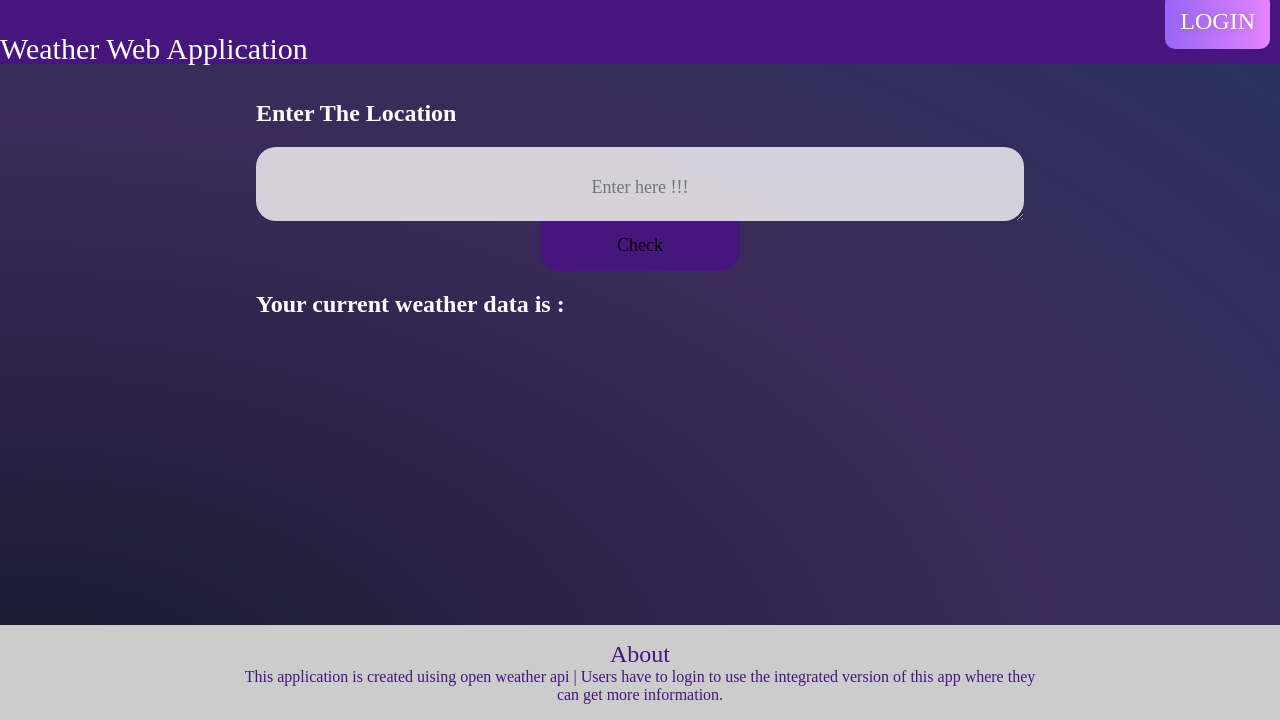
Repository: Irfan-vit/openapi
Page: index.html
The author's editor kept a copy of each file at every save. The page is drawn from the files as they stood at one save, then again after the next save.
The browser window is 1280 px wide. The pictures show the whole page.

Above is the page before, as saved 2021-05-29 00:16:22.

### index.html
<!DOCTYPE html>
<html lang="en">

<head>
    <meta charset="UTF-8">
    <meta http-equiv="X-UA-Compatible" content="IE=edge">
    <meta name="viewport" content="width=device-width, initial-scale=1.0">
    <title>Api</title>
    <link rel="stylesheet" href="style.css">
</head>

<body>


    <div class="nav">
        <input type="checkbox" id="nav-check" />
        <div class="nav-header">
            <div class="nav-title">
                Weather Web Application
            </div>
        </div>
        <div class="nav-btn">
            <label for="nav-check">
                <span></span>
                <span></span>
                <span></span>
            </label>
        </div>

        <div class="nav-links">
            <div class="container">
                <a href="https://weather-projection.netlify.app/" class="btn btn-1"
                    style="text-decoration:none">Login</a>
            </div>
        </div>
    </div>

    <main>

        <h2>Enter The Location</h2>

        <textarea name="" id="txt-input" class="t-area" placeholder="Enter here !!!"></textarea>

        <button id="btn-translate">
            Check
        </button>

        <div>
            <h2>Your current weather data is :</h2>
        </div>

        <div id="output" class="t-area">

        </div>

    </main>

    <footer>
        <div style="font-size: x-large;">About</div>
        <p>This application is created uising open weather api | Users have to login to use the integrated version of
            this app where they can get more information.</p>
    </footer>



    <script src="app.js" type="text/javascript"></script>
</body>

</html>

### style.css
/* @import url('https://fonts.googleapis.com/css2?family=Kalam&display=swap'); */

* {
    box-sizing: border-box;
}

:root {
    --primary: #46157E;
    --black: #333333;
    --width-break:800px
}

body {
    margin: 0;
    /* font-family: 'Kalam', cursive; */
    color: #333333;
      background: radial-gradient(
    ellipse at left bottom,
    rgba(22, 24, 47, 1) 0%,
    rgba(38, 20, 72, 0.9) 59%,
    rgba(17, 27, 75, 0.9) 100%
  );
    height: 100%;
    margin: 0;
    background-repeat: no-repeat;
    background-attachment: fixed;
    color: white;

}

nav {
    background-color: var(--primary);
    text-align: center;
}

main {
    margin: auto;
    padding: 1rem;
    max-width: var(--width-break);
}

textarea {
    display: block;
    width: 100%;
    min-height: 5vh;
    font-size: large;
    font-family: inherit;
    background-color: #ffffffc9;
    border:none;
    border-radius:20px;
    text-align: center;
    padding-top: 30px;;
}

textarea:hover {
    display: block;
    width: 100%;
    min-height: 5vh;
    font-size: large;
    font-family: inherit;
    background-color: #ffffff;
    border-radius:20px;
    border: none;
    text-align: center;
}

button {
    background-color: var(--primary);
    border: none;
    margin: 8rem 0rem;
    font-family: 'Kalam', cursive;
    font-size: large;
    cursor: pointer;
    height: 50px;
    width: 200px;
    border-bottom-left-radius:20px;
    border-bottom-right-radius:20px;
    margin:auto;
    display:block;

}


#output {
    box-sizing: border-box;
    width: 100%;
    min-height: 10vh;
    max-height: 20vh;
    /* border: 1px solid var(--black); */
}

footer {
    position: fixed;
    bottom: 0;
    width: 100%;
    padding: 1rem;
    background-color: #CCCCCC;
    text-align: center;
    color: #46157E;
    font-size:1rem;
}

footer p {
    max-width: var(--width-break);
    margin: auto;
}

.nav {
  height: 50px;
  width: 100%;
  background-color: #46157E;
  position: relative;
  padding:2rem 0rem;
}

.nav > .nav-header {
  display: inline;
}

.nav > .nav-header > .nav-title {
  display: inline-block;
  font-size: 30px;
  color: #fff;
}

.nav > .nav-btn {
  display: inline-block;
}

.nav > .nav-links {
  display: inline;
  float: right;
  font-size: 18px;
  margin:-1.5rem 0rem ;
}

.nav > .nav-links > a {
  display: inline-block;
  padding: 13px 10px 13px 10px;
  text-decoration: none;
  color: #efefef;
}

.nav > .nav-links > a:hover {
  background-color: rgba(0, 0, 0, 0.3);
}

.nav > #nav-check {
  display: none;
}

@media (max-width:600px) {
  .nav > .nav-btn {
    display: inline-block;
    position: absolute;
    right: 0px;
    top: 0px;
  }
  .nav > .nav-btn > label {
    display: inline-block;
    width: 50px;
    height: 50px;
    padding: 13px;
  }
  .nav > .nav-btn > label:hover,.nav  #nav-check:checked ~ .nav-btn > label {
    background-color: rgba(0, 0, 0, 0.3);
  }
  .nav > .nav-btn > label > span {
    display: block;
    width: 25px;
    height: 10px;
    border-top: 2px solid #eee;

  }
  .nav > .nav-links {
    position: absolute;
    display: block;
    width: 100%;
    background-color: #333;
    height: 0px;
    transition: all 0.3s ease-in;
    overflow-y: hidden;
    top: 50px;
    left: 0px;
    margin-top:0.4rem;
  }
  .nav > .nav-links > a {
    display: block;
    width: 100%;
  }
  .nav > #nav-check:not(:checked) ~ .nav-links {
    height: 0px;
  }
  .nav > #nav-check:checked ~ .nav-links {
    height: calc(100vh - 50px);
    overflow-y: auto;
  }
}

.btn {
  flex: 1 1 auto;
  margin: 10px;
  padding: 15px;
  text-align: center;
  text-transform: uppercase;
  transition: 0.5s;
  background-size: 200% auto;
  color: white;
 text-shadow: 0px 0px 10px rgba(0,0,0,0.2);
  /* box-shadow: 0 0 20px #eee; */
  border-radius: 10px;
  cursor: pointer;
  font-size: 1.5rem;
 }



.btn:hover {
  background-position: right center; /* change the direction of the change here */
}

.btn-1 {
  background-image: linear-gradient(to right, #9865f6 0%, #e585fd 51%, #cd65f6 100%);
}

### app.js
var btnTranslate = document.querySelector("#btn-translate");
var txtInput = document.querySelector("#txt-input");
var outputDiv = document.querySelector('#output')
var serverURL = "https://api.openweathermap.org/data/2.5/weather?q="
var key = "&appid=49257f6591cfc3ed8daf0b5970d519cb"

function getTranslationURL(text) {
    return serverURL + text + key
}

function errorHandler(error) {
    console.log("error occured", error)
    alert("something went wrong  :  " + error)
}

function clickHandler() {
    // outputDiv.innerText = "translated  " + txtInput.value + "  To : bababbababababababa ";

    var inputText = txtInput.value;

    fetch(getTranslationURL(inputText))
        .then(response => response.json())
        .then(json => {
            var translatedText = "Country : " + json['sys']['country'] + " | tempreature : " + json['main']['temp'] + " | weather : " +  json['weather'][0]['description'] + " | longitude : " + json['coord']['lon'] + " | latitude : " + json['coord']['lat'] + " | wind speed : " + json['wind']['speed'] + " | Wind direction, degrees : " + json['wind']['deg'];
            outputDiv.innerText = translatedText;
            })
    };


btnTranslate.addEventListener("click", clickHandler)

After the next save:
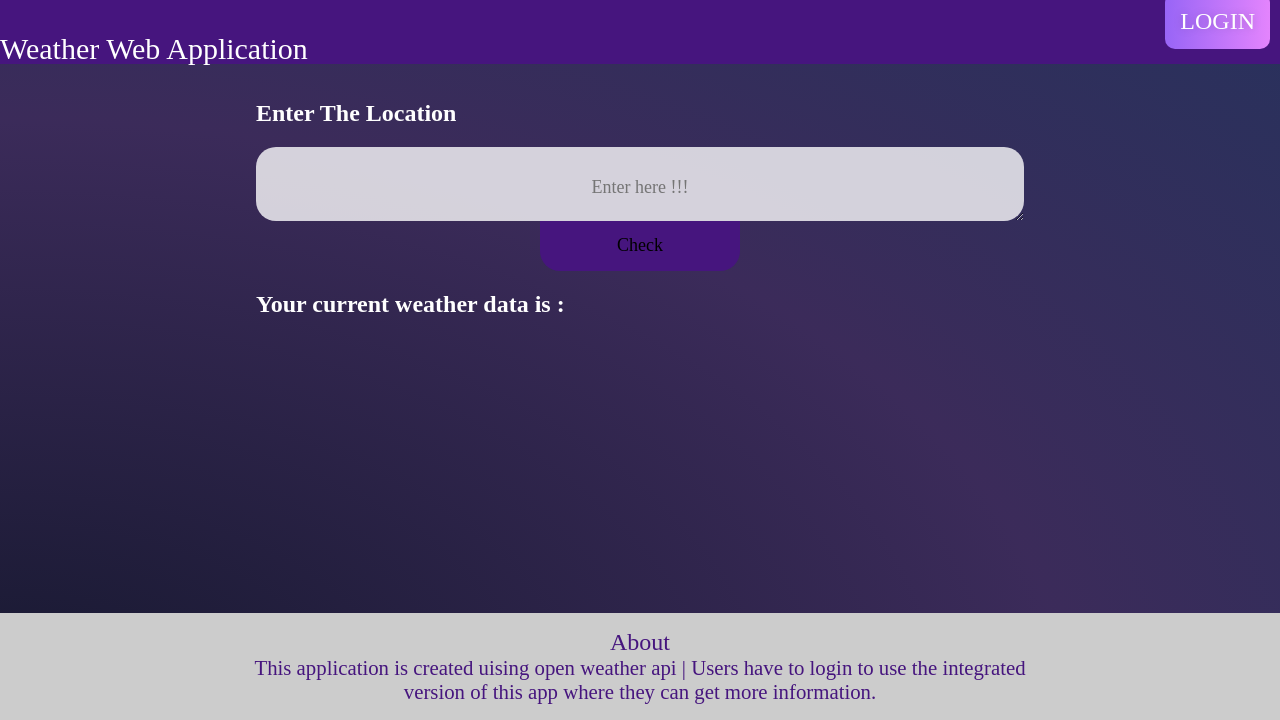
Saved 11 s later.
--- a/style.css
+++ b/style.css
@@ -97,7 +97,7 @@ footer {
     background-color: #CCCCCC;
     text-align: center;
     color: #46157E;
-    font-size:1rem;
+    font-size:1.3rem;
 }
 
 footer p {
